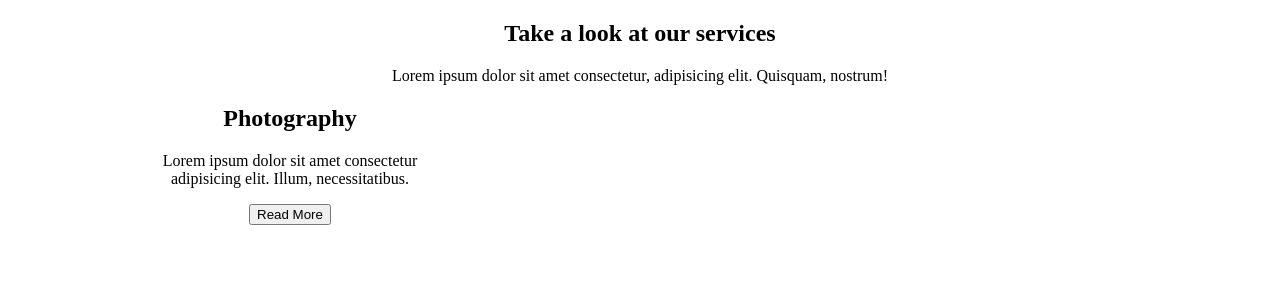
Repository: truongtn04/f8-fullstack-k5
Page: day05/ex03.html
The author's editor kept a copy of each file at every save. The page is drawn from the files as they stood at one save, then again after the next save.
The browser window is 1280 px wide. The pictures show the whole page.

Above is the page before, as saved 2023-12-04 11:41:22.

### day05/ex03.html
<!DOCTYPE html>
<html lang="en">
<head>
    <meta charset="UTF-8">
    <meta name="viewport" content="width=device-width, initial-scale=1.0">
    <title>Document</title>
    <link rel="stylesheet" href="https://cdnjs.cloudflare.com/ajax/libs/font-awesome/6.5.1/css/all.min.css" integrity="sha512-DTOQO9RWCH3ppGqcWaEA1BIZOC6xxalwEsw9c2QQeAIftl+Vegovlnee1c9QX4TctnWMn13TZye+giMm8e2LwA==" crossorigin="anonymous" referrerpolicy="no-referrer" />
    <link rel="stylesheet" href="css/ex03.css">
</head>
<body>
    <section>
        <h1>Take a look at our services</h1>
        <p>Lorem ipsum dolor sit amet consectetur, adipisicing elit. Quisquam, nostrum!</p>
        <div class="list-products">
            <div class="item">
                <span></span>
                <h2>Photography</h2>
                <p>Lorem ipsum dolor sit amet consectetur adipisicing elit. Illum, necessitatibus.</p>
                <button>Read More</button>
            </div>
        </div>
    </section>
</body>
</html>

### day05/css/ex03.css
section{
    width: 1000px;
    margin: 0 auto;
    text-align: center;
}
.list-products{
    margin-bottom: 50px;
}
.item{
    width: 300px;
}

After the next save:
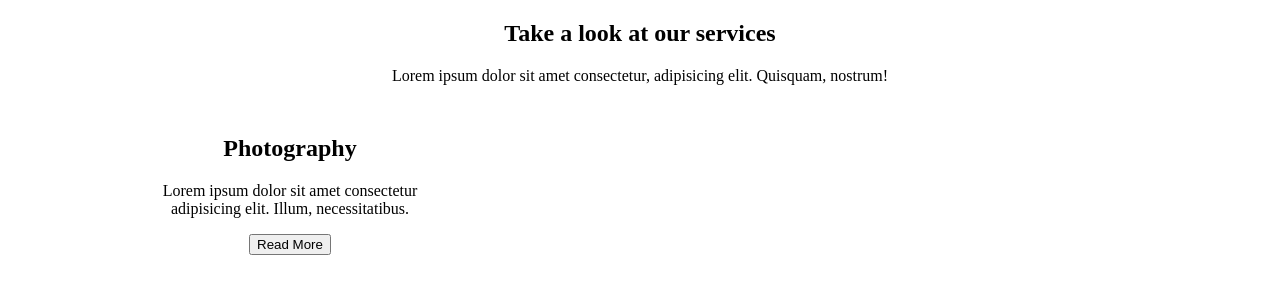
Saved 13 s later.
--- a/day05/css/ex03.css
+++ b/day05/css/ex03.css
@@ -4,7 +4,7 @@ section{
     text-align: center;
 }
 .list-products{
-    margin-bottom: 50px;
+    margin-top: 50px;
 }
 .item{
     width: 300px;
